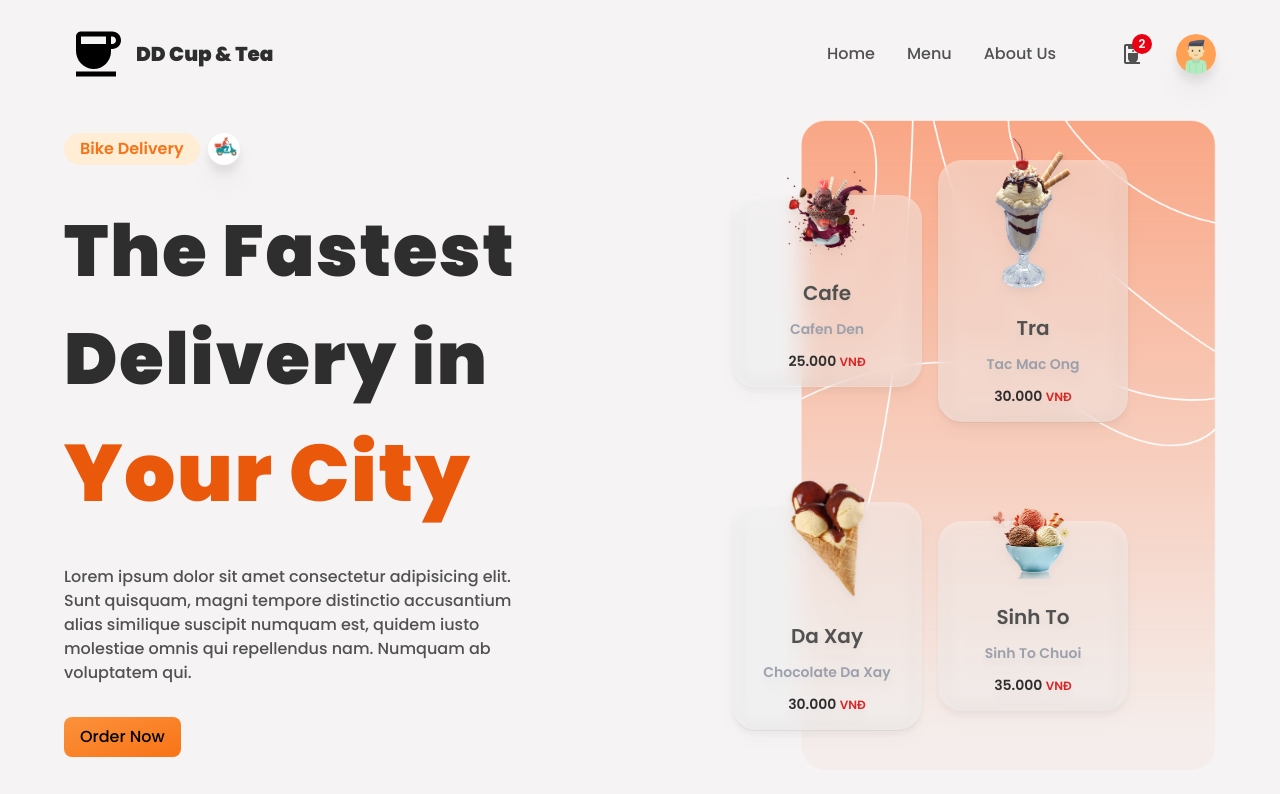
Repository: duongspm/ddcoffee
Page: /
An editor plug-in stored every save of this project. The page is shown before and after a run of saves, followed by the edit.
The browser window is 1280 px wide. The pictures show the whole page.
An inner scrolling area shows only its first screen. The project was rebuilt for these pictures with package versions that can differ from the ones it lists, and the page was loaded fresh each time. Also part of the build but not shown: src/App.css, src/components/CreateContainer.jsx.

Above is the page before, as saved 2022-07-12 20:13:30.

### src/index.js
import React from 'react';
import ReactDOM from 'react-dom/client';
import './index.css';
import App from './App';
import reportWebVitals from './reportWebVitals';

import { BrowserRouter as Router } from 'react-router-dom';

import { StateProvider } from './context/StateProvider';
import { initialState } from './context/initalState';
import reducer from './context/reducer';

const root = ReactDOM.createRoot(document.getElementById('root'));
root.render(
  <Router>
    <StateProvider initialState={initialState} reducer={reducer}>
      <App />
    </StateProvider>
  </Router>
  // <React.StrictMode>
  //   <App />
  // </React.StrictMode>
);

// If you want to start measuring performance in your app, pass a function
// to log results (for example: reportWebVitals(console.log))
// or send to an analytics endpoint. Learn more: https://bit.ly/CRA-vitals
reportWebVitals();

### src/index.css
/* body {
  margin: 0;
  font-family: -apple-system, BlinkMacSystemFont, 'Segoe UI', 'Roboto', 'Oxygen',
    'Ubuntu', 'Cantarell', 'Fira Sans', 'Droid Sans', 'Helvetica Neue',
    sans-serif;
  -webkit-font-smoothing: antialiased;
  -moz-osx-font-smoothing: grayscale;
}

code {
  font-family: source-code-pro, Menlo, Monaco, Consolas, 'Courier New',
    monospace;
} */

@import url(https://fonts.googleapis.com/css2?family=DM+Sans:ital,wght@0,400;0,500;1,400;1,500&family=Inter:wght@400;500;600&family=Mulish:wght@300&family=Nunito+Sans:wght@200&family=Playfair+Display:wght@700&family=Poppins:wght@500;600;900&family=Quicksand:wght@700&display=swap);
*{
  margin: 0;
  padding: 0;
  box-sizing: border-box;
}
body{
  font-family: 'Poppins', sans-serif, -apple-system, BlinkMacSystemFont, 'Segoe UI', 'Roboto', 'Oxygen',
  'Ubuntu', 'Cantarell', 'Fira Sans', 'Droid Sans', 'Helvetica Neue',
  sans-serif;
}
html, body{
  scroll-behavior: smooth;
  overflow-x: hidden; /*chống tràn*/
}
@tailwind base;
@tailwind components;
@tailwind utilities;

### src/App.js
import './App.css';
import {Route, Routes} from 'react-router-dom';
import MainContainer from './components/MainContainer';
import CreateContainer from './components/CreateContainer';
import { AnimatePresence } from 'framer-motion';

import { Header } from './components';

function App() {
  return (
    <AnimatePresence exitBeforeEnter>
      <div className="w-screen h-auto flex flex-col bg-primary">
        <Header/>
        <main className='mt-14 md:mt-24 px-4 md:px-16 py-4 w-full'>
          <Routes>
            <Route path='/*' element={<MainContainer/>}></Route>
            <Route path='/createItem' element={<CreateContainer/>}></Route>
          </Routes>
        </main>
      </div>
    </AnimatePresence>
  );
}

export default App;

### src/context/StateProvider.js
import React, {createContext, useContext, useReducer} from 'react';
export const StateContext = createContext();
export const StateProvider = ({reducer, initialState, children}) => (
    <StateContext.Provider value={useReducer(reducer, initialState)}>
        {children}
    </StateContext.Provider>
);

export const useStateValue = () => useContext(StateContext);

### src/context/initalState.js
import { fetchUser } from "../utils/fetchLocalStorageData"

const userInfo = fetchUser()

export const initialState = {
    user: null,
}

### src/context/reducer.js
export const actionType = {
    SET_USER: "SET_USER",
};

const reducer = (state, action) => {
    console.log(action);

    switch (action.type){
        case actionType.SET_USER:
            return {
                ...state,
                user: action.user,
            };

        default:
            return state;
    }
};

export default reducer;

### src/components/MainContainer.jsx
import React from 'react';
import HomeContainer from './HomeContainer';

const MainContainer = () => {
    return (
        <div className='w-full h-auto flex flex-col items-center justify-center'>
            <HomeContainer/>
        </div>
    );
};

export default MainContainer;

### src/components/index.js
export {default as Header} from './Header';
export {default as MainContainer} from './MainContainer';
export {default as CreateContainer} from './CreateContainer';
export {default as HomeContainer} from './HomeContainer';

### src/utils/fetchLocalStorageData.js
export const fetchUser = () => {
    const userInfo =
        localStorage.getItem("user") !== "undefined"
        ? JSON.parse(localStorage.getItem("user"))
        : localStorage.clear();
    return userInfo;
}

### src/components/HomeContainer.jsx
import React from 'react';
import delivery from '../assets/imgs/delivery.png';
import HeroBg from '../assets/imgs/heroBg.png';
import heroData from '../utils/data'

const HomeContainer = () => {
    return (
        <section id="home" className='grid grid-cols-1 md:grid-cols-2 gap-2 w-full'>
            <div className='py-2 flex flex-1 flex-col items-start  justify-center gap-8'>
                <div className='flex items-center gap-2 justify-center'>
                    <p className='text-base text-orange-500 font-semibold bg-orange-100 px-4 py-1 rounded-full'>Bike Delivery</p>
                    <div className='w-8 h-8 bg-white rounded-full overflow-hidden drop-shadow-xl'>
                        <img src={delivery} className="w-full h-full object-contain" alt="deli"/>
                    </div>
                </div>
                <p className='text-[2.5rem] font-bold tracking-wide text-headingColor lg:text-[4.5rem]'>The Fastest Delivery in <span className='text-orange-600 text-[3rem] lg:text-[5rem]'>Your City</span></p>
                <p className='text-base text-textColor text-center md:text-left md:w-[80%]'>Lorem ipsum dolor sit amet consectetur adipisicing elit. Sunt quisquam, magni tempore distinctio accusantium alias similique suscipit numquam est, quidem iusto molestiae omnis qui repellendus nam. Numquam ab voluptatem qui.</p>
                <button type='button' className='bg-gradient-to-br from-orange-400 to-orange-500 w-full px-4 py-2 rounded-lg hover:shadow-lg transition-all ease-in-out md:w-auto'>Order Now</button>
            </div>
            <div className='py-2 flex-1 flex items-center relative'>
                <img src={HeroBg} className="ml-auto h-420 w-full lg:w-auto lg:h-650" alt="hero-bg"/>

                <div className='w-full h-full absolute flex items-center justify-center top-0 left-0 py-4 gap-4 flex-wrap'>
                    {heroData && heroData.map(n => (
                        <div key={n.id} className='w-190 bg-cardOverlay backdrop-blur-md p-4 rounded-3xl flex flex-col items-center justify-center lg:w-190 drop-shadow-lg'>
                        <img src={n.imageSrc} className='w-20 -mt-10' alt='i1'/>
                        <p className='text-xl font-semibold text-textColor mt-6'>{n.name}</p>
                        <p className='text-sm font-semibold text-lighttextGray my-3'>{n.decp}</p>
                        <p className='text-sm font-semibold text-headingColor'>{n.price} <span className='text-xs text-red-600'>VNĐ</span></p>
                    </div>
                    ))}
                </div>
            </div>
        </section>
    );
};

export default HomeContainer;

### src/components/Header.jsx
import React, { useState } from 'react';
import {motion} from "framer-motion";
import {Link} from 'react-router-dom';
import {MdCoffee} from 'react-icons/md';
import {MdCoffeeMaker, MdAdd, MdLogout, MdAccountCircle} from 'react-icons/md';
//import Logo from '../assets/imgs/logo-dendo-cocaybua.png';
import Avatar from '../assets/imgs/avatar.png';
import { getAuth, signInWithPopup, GoogleAuthProvider } from "firebase/auth";
import { app } from '../firebase.config';
import { useStateValue } from '../context/StateProvider';
import { actionType } from '../context/reducer';

const Header = () => {
    const firebaseAuth = getAuth(app);
    const provider = new GoogleAuthProvider();

    const [{user}, dispatch] = useStateValue()

    const [isMenu, setIsMenu] = useState(false);

    const login = async () => {
        //đăng nhập rồi click vô avt k hiện đăng nhập nữa
        if(!user)
        {
            const {user: {refreshToken, providerData}} = await signInWithPopup(firebaseAuth, provider);
            dispatch({
                type : actionType.SET_USER,
                user : providerData[0],
            });
            localStorage.setItem("user", JSON.stringify(providerData[0]))
        }else{
            setIsMenu(!isMenu);
        }
    };
    const logout = () => {
        setIsMenu(false);
        localStorage.clear();
        dispatch({
            type: actionType.SET_USER,
            user: null,
        });
    }

    return (
        <header className='fixed z-50 w-screen p-3 px-4 md:p-6 md:px-16'>
            {/* desktop */}
            <div className='hidden md:flex w-full h-full items-center justify-between'>
                <Link to={"/"} className='flex items-center gap-2'>
                    {/* <img src={Logo} className="w-16 object-cover" alt="Logo nef"/> */}
                    <MdCoffee className='w-16 object-cover cursor-pointer text-6xl hover:text-cartNumBg'></MdCoffee>
                    <motion.p whileTap={{scale: 0.6}}  className='text-headingColor text-xl font-bold'>DD Cup & Tea</motion.p>
                </Link>
                <div className='flex items-center gap-8'> {/* bo ra ngoai div nay thi no se nam giua */}
                    <motion.ul
                        initial={{opacity: 0, x: 200}}
                        animate={{opacity: 1, x: 0}}
                        exit={{opacity: 0, x: 200}}
                        className="flex items-center gap-8 ">
                        <li className='text-base text-textColor hover:text-cartNumBg duration-100 transition-all ease-in-out cursor-pointer'>Home</li>
                        <li className='text-base text-textColor hover:text-cartNumBg duration-100 transition-all ease-in-out cursor-pointer'>Menu</li>
                        <li className='text-base text-textColor hover:text-cartNumBg duration-100 transition-all ease-in-out cursor-pointer'>About Us</li>
                    </motion.ul>
                    <div className='relative flex items-center justify-center'>
                        <MdCoffeeMaker className='text-textColor text-2xl ml-8 cursor-pointer'></MdCoffeeMaker>
                        <div className='absolute -top-2 -right-2 w-5 h-5 rounded-full bg-cartNumBg flex items-center justify-center'>
                            <p className='text-xs text-white font-semibold'>2</p>
                        </div>
                    </div>
                    <div className='relative'>
                        <motion.img whileTap={{scale: 0.6}} className='w-10 min-w-[40px] h-10 min-h-[40px] drop-shadow-xl rounded-full' src={user ? user.photoURL : Avatar} alt="avata nguoi dung"
                        onClick={login}/>
                        {/* Menu In4 */}
                        {
                            isMenu &&
                            (
                                <motion.div
                                    initial={{opacity: 0, scale: 0.6}}
                                    animate={{opacity: 1, scale: 1}}
                                    exit={{opacity: 0, scale: 0.6}}
                                    className='w-40 bg-gray-50 shadow-xl rounded-lg absolute flex flex-col top-12 right-0'>
                                    {
                                        user && user.email === "tranvanduong10a22016bb@gmail.com" && (
                                            <Link to={'/createItem'}>
                                                <p className='px-4 py-2 flex items-center gap-3 cursor-pointer hover:bg-slate-100 transition-all duration-100 ease-in-out text-textColor text-base '><MdAdd/> New Item </p>
                                            </Link>
                                        )
                                    }
                                    <Link to={'/info'}>
                                        <p className='px-4 py-2 flex items-center gap-3 cursor-pointer hover:bg-slate-100 transition-all duration-100 ease-in-out text-textColor text-base'><MdAccountCircle/>{user ? user.displayName : 'In4'} </p>
                                    </Link>
                                    <hr/>
                                    <p className='px-4 py-2 flex items-center gap-3 cursor-pointer hover:bg-slate-100 transition-all duration-100 ease-in-out text-textColor text-base' onClick={logout}><MdLogout/> Logout </p>
                                </motion.div>
                            )
                        }
                        {/* End Menu In4 */}
                    </div>
                </div>
            </div>
            {/* mobile */}
            <div className='flex items-center justify-between md:hidden w-full h-full'>
                <div className='relative flex items-center justify-center'>
                    <MdCoffeeMaker className='text-textColor text-2xl ml-8 cursor-pointer'></MdCoffeeMaker>
                    <div className='absolute -top-2 -right-2 w-5 h-5 rounded-full bg-cartNumBg flex items-center justify-center'>
                        <p className='text-xs text-white font-semibold'>2</p>
                    </div>
                </div>
                <Link to={"/"} className='flex items-center gap-2'>
                    {/* <img src={Logo} className="w-16 object-cover" alt="Logo nef"/> */}
                    <MdCoffee className='w-16 object-cover cursor-pointer text-6xl hover:text-cartNumBg'></MdCoffee>
                    <motion.p whileTap={{scale: 0.6}}  className='text-headingColor text-xl font-bold'>DD Cup & Tea</motion.p>
                </Link>

                <div className='relative'>
                        <motion.img whileTap={{scale: 0.6}} className='w-10 min-w-[40px] h-10 min-h-[40px] drop-shadow-xl rounded-full' src={user ? user.photoURL : Avatar} alt="avata nguoi dung"
                        onClick={login}/>
                        {/* Menu In4 */}
                        {
                            isMenu &&
                            (
                                <motion.div
                                    initial={{opacity: 0, scale: 0.6}}
                                    animate={{opacity: 1, scale: 1}}
                                    exit={{opacity: 0, scale: 0.6}}
                                    className='w-40 bg-gray-50 shadow-xl rounded-lg absolute flex flex-col top-12 right-0'>
                                    {
                                        user && user.email === "tranvanduong10a22016bb@gmail.com" && (
                                            <Link to={'/createItem'}>
                                                <p className='px-4 py-2 flex items-center gap-3 cursor-pointer hover:bg-slate-100 transition-all duration-100 ease-in-out text-textColor text-base justify-center'><MdAdd/> New Item </p>
                                            </Link>
                                        )
                                    }
                                    <ul className="flex flex-col">
                                        <li className='text-base text-textColor hover:text-cartNumBg duration-100 transition-all ease-in-out cursor-pointer hover:bg-slate-100 px-4 py-2'>Home</li>
                                        <li className='text-base text-textColor hover:text-cartNumBg duration-100 transition-all ease-in-out cursor-pointer hover:bg-slate-100 px-4 py-2'>Menu</li>
                                        <li className='text-base text-textColor hover:text-cartNumBg duration-100 transition-all ease-in-out cursor-pointer hover:bg-slate-100 px-4 py-2'>About Us</li>
                                    </ul>
                                    <hr/>
                                    <Link to={'/info'}>
                                        <p className='px-4 py-2 flex items-center gap-3 cursor-pointer hover:bg-slate-100 transition-all duration-100 ease-in-out text-textColor text-base justify-center'><MdAccountCircle/> In4 </p>
                                    </Link>
                                    <hr/>
                                    <p className='m-2 p-2 rounded-md shadow-md flex items-center gap-3 cursor-pointer hover:bg-slate-300 transition-all duration-100 ease-in-out text-textColor text-base justify-center bg-gray-200 ' onClick={logout}><MdLogout/> Logout </p>
                                </motion.div>
                            )
                        }
                        {/* End Menu In4 */}
                    </div>
            </div>
        </header>
    );
};

export default Header;

### src/utils/data.js
import I1 from '../assets/imgs/i1.png';
import I2 from '../assets/imgs/i2.png';
import I3 from '../assets/imgs/i3.png';
import I4 from '../assets/imgs/i4.png';
const heropData = [
    {id : 1, name: 'Cafe', decp : 'Cafen Den', price : '25.000', imageSrc : I1},
    {id : 2, name: 'Tra', decp : 'Tac Mac Ong', price : '30.000', imageSrc : I2},
    {id : 3, name: 'Da Xay', decp : 'Chocolate Da Xay', price : '30.000', imageSrc : I3},
    {id : 4, name: 'Sinh To', decp : 'Sinh To Chuoi', price : '35.000', imageSrc : I4},
]
export default heropData;

### src/firebase.config.js
import {getApp, getApps, initializeApp} from 'firebase/app';
import {getFirestore} from 'firebase/firestore';
import {getStorage} from 'firebase/storage';

const firebaseConfig = {
    apiKey : "AIzaSyAiraH4JLA5tCdJ0jHuDoW_0qsknKtMiQc" ,
    authDomain : "ddcoffee-35878.firebaseapp.com" ,
    databaseURL : "https://ddcoffee-35878-default-rtdb.firebaseio.com" ,
    projectId : "ddcoffee-35878" ,
    storageBucket : "ddcoffee-35878.appspot.com" ,
    messagingSenderId : "404922796023" ,
    appId : "1:404922796023:web:4717a230c36f3a24a4d0f2"
    };

    const app = getApps.length > 0 ? getApp() : initializeApp(firebaseConfig);

    const firestore = getFirestore(app);
    const storage = getStorage(app);

    export {app, firestore, storage};

### tailwind.config.js
/** @type {import('tailwindcss').Config} */
module.exports = {
  content: [
    "./src/**/*.{js,jsx,ts,tsx}",
  ],
  theme: {
    extend: {
      margin: {
        320: "320px",
      },
      width: {
        150: "150px",
        190: "190px",
        225: "225px",
        275: "275px",
        300: "300px",
        340: "340px",
        350: "350px",
        375: "375px",
        460: "460px",
        656: "656px",
        880: "880px",
        508: "508px",
      },
      height: {
        80: "80px",
        150: "150px",
        225: "225px",
        300: "300px",
        340: "340px",
        370: "370px",
        420: "420px",
        510: "510px",
        600: "600px",
        650: "650px",
        685: "685px",
        800: "800px",
        "90vh": "90vh",
      },
      minWidth: {
        210: "210px",
        350: "350px",
        620: "620px",
      },
      colors: {
        headingColor:"#2e2e2e",
        textColor:"#515151",
        cartNumBg:"#e80013",
        primary:"#f5f3f3",
        // textColor: "#101010",
        // activeText: "#D6230A",
        gradientBg: "rgba(116, 249, 105,0.4)",
        // whiteAlpha: "rgba(255,255,255,0.2)",
        // cardColor: "#f5f5f5",
        // cartBg: "#282a2c",
        // cartItem: "#2e3033",
        // cartTotal: "#343739",
        cardOverlay: "rgba(256,256,256,0.4)",
        lighttextGray:"#9ca0ab",
      },
      screens: {
        sm: "640px",
        md: "768px",
        lg: "1024px",
        xl: "1280px",
        "2xl": "1536px",
      },
    },
  },
  plugins: [],
}

Loaded but not shown: public/index.html (common file); src/reportWebVitals.js (common file)

After the next 2 saves:
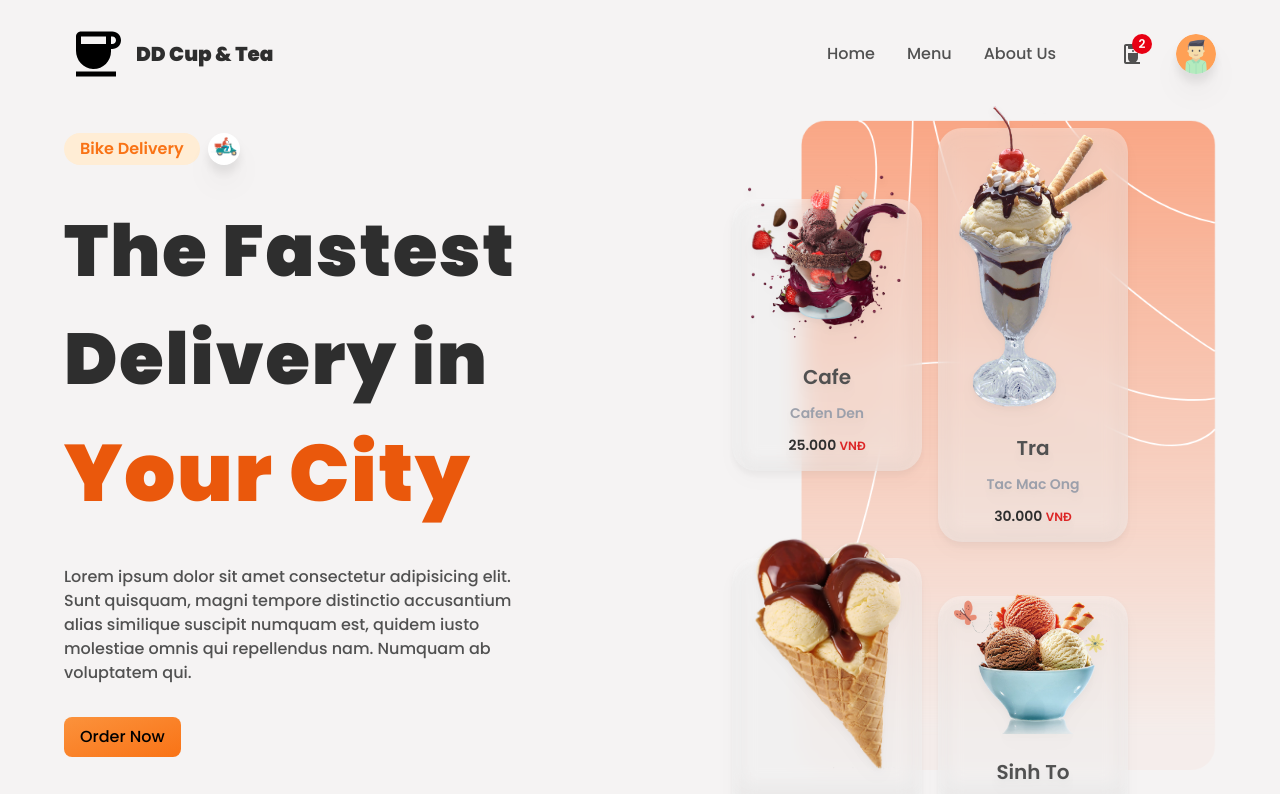
The 2 saves are shown as one change because they came seconds apart.
The last was saved 8 s later.
--- a/src/components/HomeContainer.jsx
+++ b/src/components/HomeContainer.jsx
@@ -23,7 +23,7 @@ const HomeContainer = () => {
                 <div className='w-full h-full absolute flex items-center justify-center top-0 left-0 py-4 gap-4 flex-wrap'>
                     {heroData && heroData.map(n => (
                         <div key={n.id} className='w-190 bg-cardOverlay backdrop-blur-md p-4 rounded-3xl flex flex-col items-center justify-center lg:w-190 drop-shadow-lg'>
-                        <img src={n.imageSrc} className='w-20 -mt-10' alt='i1'/>
+                        <img src={n.imageSrc} className='w-20 lg:w-40 -mt-10' alt='i1'/>
                         <p className='text-xl font-semibold text-textColor mt-6'>{n.name}</p>
                         <p className='text-sm font-semibold text-lighttextGray my-3'>{n.decp}</p>
                         <p className='text-sm font-semibold text-headingColor'>{n.price} <span className='text-xs text-red-600'>VNĐ</span></p>
